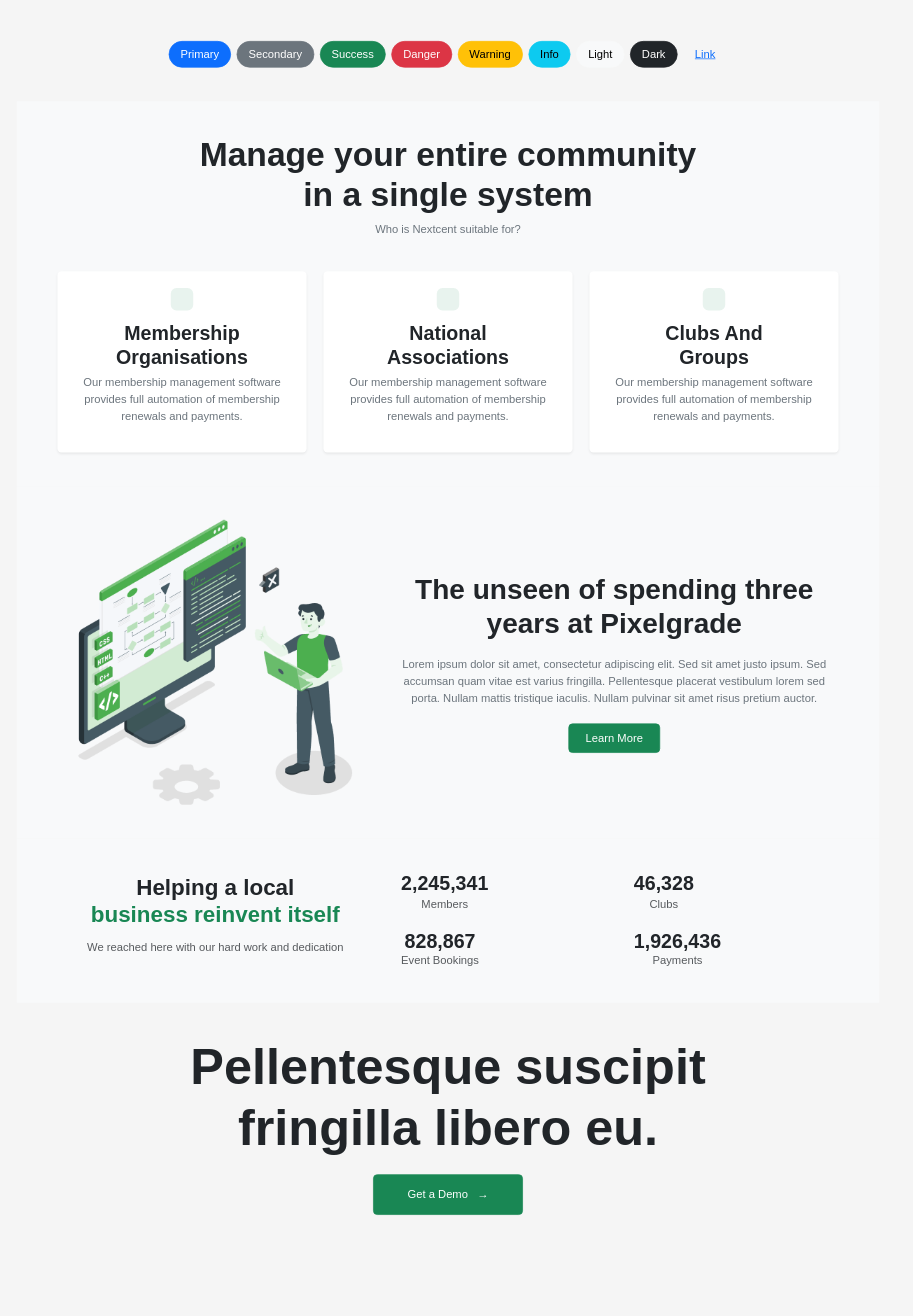
Repository: Laibaaa10/Bootstrap1
Page: index.html
An editor plug-in stored every save of this project. The page is shown before and after a run of saves, followed by the edit.
The browser window is 1280 px wide. The page is 1304 px wide, so the pictures cover 1304 px, including what lies to the right of the window. The pictures show the part of the page from y = 1021 to 2901 px (the page is 2901 px tall before and 2796 px after), at 70% of full size.

Above is the page before, as saved 2026-06-18 07:50:55.

After the next 3 saves:
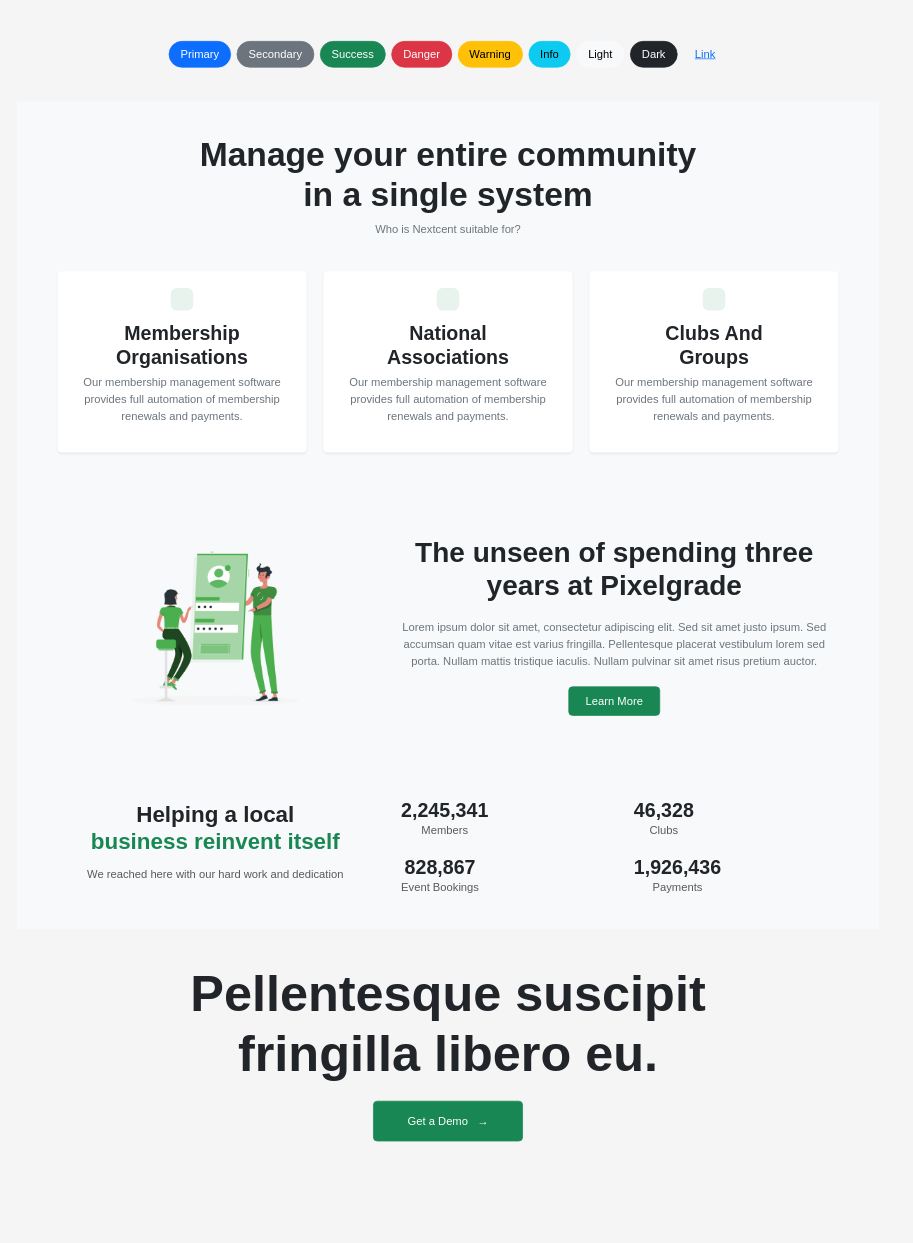
The 3 saves are shown as one change because they came seconds apart.
The last was saved 8 s later.
--- a/index.html
+++ b/index.html
@@ -160,7 +160,7 @@
     <div class="container">
         <div class="row align-items-center">
             <div class="col-lg-5 text-center mb-4 mb-lg-0">
-                <img src="./images/illustration.png" alt="Illustration"
+                <img src="./images/Frame 35.png" alt="Illustration"
                      class="img-fluid">
             </div>
 
